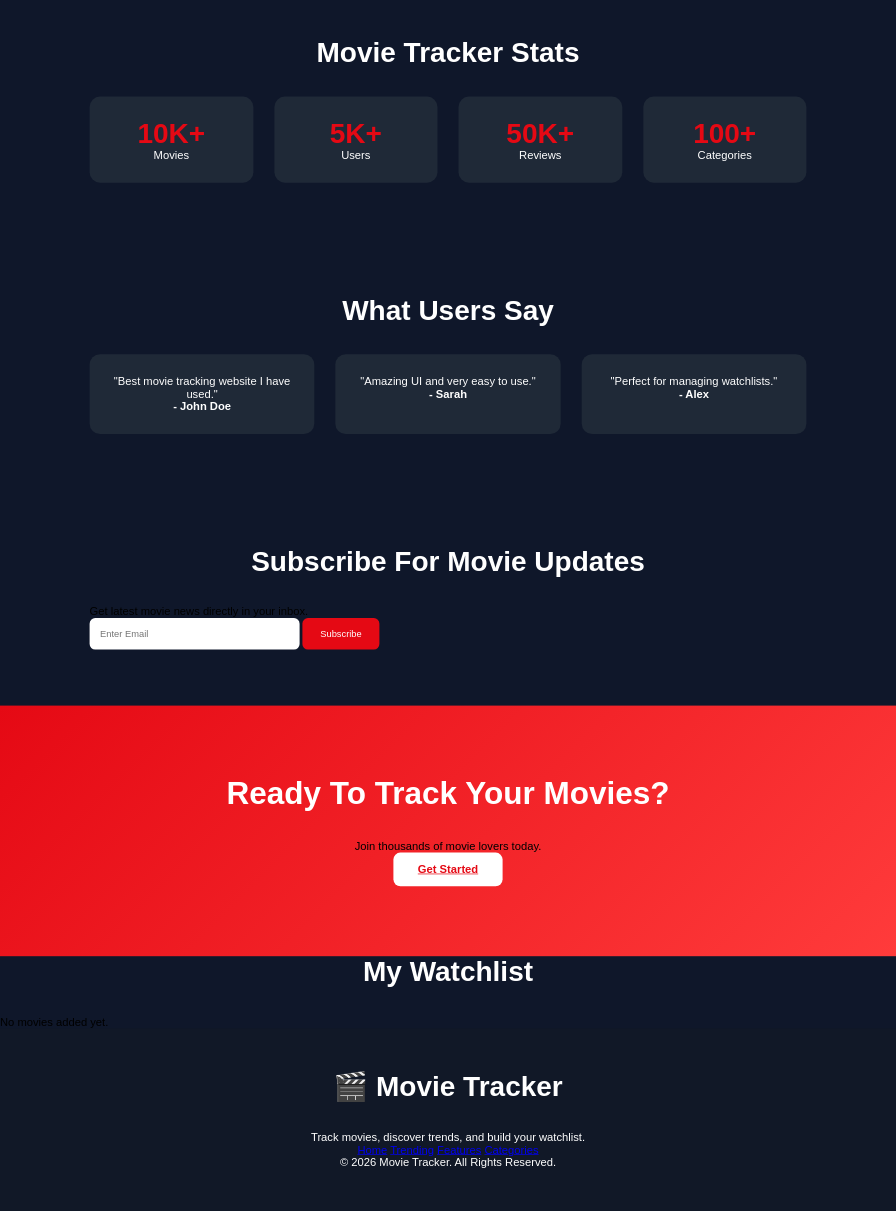
Repository: Dinesh-Codebais/movie-tracker
Page: index.html
These files come from the project's save history. The page is drawn as it stood at one moment and after a run of saves; the edit follows.
The browser window is 1280 px wide. The pictures show the part of the page from y = 3140 to 5060 px (the page is 4870 px tall before and 5060 px after), at 70% of full size.

Above is the page before, as saved 2026-06-18 14:28:34.

### index.html
<!DOCTYPE html>
<html lang="en">
<head>
    <meta charset="UTF-8">
    <meta name="viewport" content="width=device-width, initial-scale=1.0">
    <title>Movie Tracker</title>

    <link rel="stylesheet" href="style.css">

    <!-- Smooth scroll -->
    <style>
        html{
            scroll-behavior: smooth;
        }
    </style>
</head>

<body>

<!-- NAVBAR -->
<nav class="navbar">

    <div class="logo">
        <img src="images/logo.png" alt="MovieTracker Logo">
    </div>

    <ul class="nav-links">

        <li><a href="#home">Home</a></li>
        <li><a href="#trending">Movies</a></li>
        <li><a href="#features">Features</a></li>
        <li><a href="#categories">Categories</a></li>
        <li><a href="#stats">Stats</a></li>
        <li><a href="#contact">Contact</a></li>
        <li><a href="#watchlist">Watchlist (<span id="watchCount">0</span>)</a></li>

    </ul>

</nav>

<!-- HERO -->
<section class="hero" id="home">

    <div class="hero-content">


        <h1>Track Every Movie You Watch</h1>

        <p>
            Discover trending movies, create watchlists,
            and never miss your favorite films again.
        </p>

        <a href="#trending" class="btn">Explore Movies</a>
        <div class="search-box">

    <input type="text" id="searchInput" placeholder="Search movies...">

</div>

    </div>

</section>
<section class="slider-section">

    <h2>Featured Movies</h2>

    <img id="slider-img" src="images/movie1.jpg" alt="Slider">

</section>

<!-- TRENDING -->
<section class="trending" id="trending">

    <h2>Trending Movies</h2>

<div class="movie-grid">

    <div class="movie-card">
    <img src="images/movie1.jpg" alt="Interstellar">
    <h3>Interstellar</h3>
    <p>⭐ 8.7</p>

    <button class="watch-btn">
        Add To Watchlist
    </button>
</div>

        <div class="movie-card">
            <img src="images/movie2.jpg" alt="Oppenheimer">
            <h3>Oppenheimer</h3>
            <p>⭐ 8.5</p>
            <button class="watch-btn">
        Add To Watchlist
    </button>
        </div>

        <div class="movie-card">
            <img src="images/movie3.jpg" alt="Avatar">
            <h3>Avatar</h3>
            <p>⭐ 8.1</p>
            <button class="watch-btn">
        Add To Watchlist
    </button>
        </div>

    </div>

</section>

<!-- FEATURES -->
<section class="features" id="features">

    <h2>Why Use Movie Tracker?</h2>

    <div class="feature-grid">

        <div class="feature-card">
            <h3>🎬 Track Movies</h3>
            <p>Keep track of every movie you watch.</p>
        </div>

        <div class="feature-card">
            <h3>⭐ Rate Movies</h3>
            <p>Give ratings to your favorite movies.</p>
        </div>

        <div class="feature-card">
            <h3>📋 Watchlist</h3>
            <p>Save movies to watch later.</p>
        </div>

        <div class="feature-card">
            <h3>🔥 Trending Alerts</h3>
            <p>Discover the latest trending movies.</p>
        </div>

    </div>

</section>

<!-- CATEGORIES -->
<section class="categories" id="categories">

    <h2>Movie Categories</h2>

    <div class="category-grid">

        <div class="category-card">🎬 Action</div>
        <div class="category-card">🚀 Sci-Fi</div>
        <div class="category-card">😂 Comedy</div>
        <div class="category-card">😱 Horror</div>
        <div class="category-card">❤️ Romance</div>
        <div class="category-card">🕵 Thriller</div>

    </div>

</section>

<!-- STATS -->
<section class="stats" id="stats">

    <h2>Movie Tracker Stats</h2>

    <div class="stats-grid">

        <div class="stat-card">
            <h3>10K+</h3>
            <p>Movies</p>
        </div>

        <div class="stat-card">
            <h3>5K+</h3>
            <p>Users</p>
        </div>

        <div class="stat-card">
            <h3>50K+</h3>
            <p>Reviews</p>
        </div>

        <div class="stat-card">
            <h3>100+</h3>
            <p>Categories</p>
        </div>

    </div>

</section>

<!-- TESTIMONIALS -->
<section class="testimonials">

    <h2>What Users Say</h2>

    <div class="testimonial-grid">

        <div class="testimonial-card">
            <p>"Best movie tracking website I have used."</p>
            <h4>- John Doe</h4>
        </div>

        <div class="testimonial-card">
            <p>"Amazing UI and very easy to use."</p>
            <h4>- Sarah</h4>
        </div>

        <div class="testimonial-card">
            <p>"Perfect for managing watchlists."</p>
            <h4>- Alex</h4>
        </div>

    </div>

</section>

<!-- NEWSLETTER -->
<section class="newsletter">

    <h2>Subscribe For Movie Updates</h2>
    <p>Get latest movie news directly in your inbox.</p>

    <form class="newsletter-form">
        <input type="email" placeholder="Enter Email">
        <button>Subscribe</button>
    </form>

</section>

<!-- CTA -->
<section class="cta">

    <h2>Ready To Track Your Movies?</h2>
    <p>Join thousands of movie lovers today.</p>
    <a href="#home" class="cta-btn">Get Started</a>

</section>

<!-- WATCHLIST -->

<section class="watchlist" id="watchlist">

    <h2>My Watchlist</h2>

    <p>No movies added yet.</p>

</section>

<!-- FOOTER -->
<footer class="footer" id="contact">

    <div class="footer-content">

        <h2>🎬 Movie Tracker</h2>

        <p>Track movies, discover trends, and build your watchlist.</p>

        <div class="footer-links">
            <a href="#home">Home</a>
            <a href="#trending">Trending</a>
            <a href="#features">Features</a>
            <a href="#categories">Categories</a>
        </div>

        <p class="copyright">
            © 2026 Movie Tracker. All Rights Reserved.
        </p>

    </div>

</footer>
<script src="script.js"></script>
</body>
</html>

### style.css
/* RESET */
*{
    margin:0;
    padding:0;
    box-sizing:border-box;
}

/* BODY */
body{
    background:#0f172a;
    font-family:Arial, sans-serif;
}

/* NAVBAR */
.navbar{
    display:flex;
    justify-content:space-between;
    align-items:center;
    padding:20px 8%;
    background:#111827;

    position:sticky;
    top:0;
    z-index:1000;
}

.logo img {
    height:100px;
    width:auto;
    cursor:pointer;
}

/* LINKS */
.nav-links{
    display:flex;
    list-style:none;
    gap:25px;
}

.nav-links a{
    color:white;
    text-decoration:none;
    padding:8px 15px;
    border-radius:8px;
    transition:0.3s;
}

.nav-links a:hover{
    background:#e50914;
    color:white;
}

/* HERO */
.hero{
    height:90vh;
    display:flex;
    justify-content:center;
    align-items:center;
    text-align:center;
    background:
    linear-gradient(rgba(0,0,0,0.6),rgba(0,0,0,0.7)),
    url("https://images.unsplash.com/photo-1489599849927-2ee91cede3ba");
    background-size:cover;
    background-position:center;
}

.hero-content{
    max-width:700px;
    color:white;
}

.hero-content h1{
    font-size:60px;
}

.hero-content p{
    font-size:20px;
    color:#d1d5db;
    margin:20px 0;
}

/* BUTTON */
.btn{
    display:inline-block;
    padding:15px 35px;
    background:#e50914;
    color:white;
    text-decoration:none;
    border-radius:8px;
    transition:0.3s;
}

.btn:hover{
    transform:translateY(-3px);
}

/* SECTIONS */
.trending,
.features,
.categories,
.stats,
.testimonials,
.newsletter{
    padding:80px 10%;
}

/* TITLES */
h2{
    text-align:center;
    color:white;
    font-size:40px;
    margin-bottom:40px;
}

/* GRID SYSTEM */
.movie-grid,
.feature-grid,
.category-grid,
.stats-grid,
.testimonial-grid{
    display:grid;
    gap:30px;
}

/* MOVIE CARDS */
.movie-grid{
    grid-template-columns:repeat(auto-fit,minmax(250px,1fr));
}

.movie-card img{
    width:100%;
    height:350px;
    object-fit:cover;
    display:block;
}

.movie-card h3{
    color:white;
    margin-top:15px;
}

.movie-card p{
    color:#facc15;
    margin:10px 0 20px;
}

.movie-card:hover{
    transform:translateY(-10px) scale(1.03);
}

/* FEATURE */
.feature-grid{
    grid-template-columns:repeat(auto-fit,minmax(250px,1fr));
}

.feature-card,
.category-card,
.stat-card,
.testimonial-card{
    background:#1f2937;
    padding:30px;
    border-radius:15px;
    color:white;
    text-align:center;
    transition:0.3s;
}

/* CATEGORY */
.category-grid{
    grid-template-columns:repeat(auto-fit,minmax(180px,1fr));
}

.category-card:hover{
    background:#e50914;
    transform:scale(1.05);
}

/* STATS */
.stats-grid{
    grid-template-columns:repeat(auto-fit,minmax(200px,1fr));
}

.stat-card h3{
    color:#e50914;
    font-size:40px;
}

/* TESTIMONIAL */
.testimonial-grid{
    grid-template-columns:repeat(auto-fit,minmax(280px,1fr));
}

/* NEWSLETTER */
.newsletter-form input{
    padding:15px;
    width:300px;
    border:none;
    border-radius:8px;
}

.newsletter-form button{
    padding:15px 25px;
    background:#e50914;
    color:white;
    border:none;
    border-radius:8px;
}

/* CTA */
.cta{
    padding:100px 10%;
    text-align:center;
    background:linear-gradient(135deg,#e50914,#ff3b3b);
}

.cta h2{
    color:white;
    font-size:45px;
}

.cta-btn{
    display:inline-block;
    padding:15px 35px;
    background:white;
    color:#e50914;
    border-radius:10px;
    font-weight:bold;
}

/* FOOTER */
.footer{
    background:#111827;
    padding:60px 20px;
    text-align:center;
    color:white;
}

/* RESPONSIVE */
@media(max-width:768px){
    .navbar{
        flex-direction:column;
    }

    .nav-links{
        flex-direction:column;
        margin-top:15px;
    }

    .hero-content h1{
        font-size:35px;
    }
}

/* SMOOTH SCROLL */
html{
    scroll-behavior:smooth;
}
@keyframes fadeUp {
    from{
        opacity: 0;
        transform: translateY(30px);
    }
    to{
        opacity: 1;
        transform: translateY(0);
    }
}
.watch-btn{
    margin-bottom:20px;
    padding:10px 20px;
    border:none;
    border-radius:5px;
    background:#e50914;
    color:white;
    cursor:pointer;
}

.watch-btn:hover{
    opacity:0.8;
}

.slider-section{
    text-align:center;
    padding:60px 10%;
}

#slider-img{
    width:300px;
    height:450px;
    object-fit:cover;
    border-radius:15px;
}

### script.js
console.log("JavaScript Connected");

const searchInput = document.getElementById("searchInput");

searchInput.addEventListener("keyup", function () {

    const searchValue = searchInput.value.toLowerCase();

    const movies = document.querySelectorAll(".movie-card");

    movies.forEach(function(movie) {

        const movieName = movie
            .querySelector("h3")
            .textContent
            .toLowerCase();

        if (movieName.includes(searchValue)) {
            movie.style.display = "";
        } else {
            movie.style.display = "none";
        }

    });

});
let count = 0;

const watchCount = document.getElementById("watchCount");

const buttons = document.querySelectorAll(".watch-btn");

buttons.forEach(function(button){

    button.addEventListener("click", function(){

        count++;

        watchCount.textContent = count;

    });

});

const sliderImage = document.getElementById("slider-img");

const images = [
    "images/movie1.jpg",
    "images/movie2.jpg",
    "images/movie3.jpg"
];

let currentIndex = 0;

setInterval(function(){

    currentIndex++;

    if(currentIndex >= images.length){
        currentIndex = 0;
    }

    sliderImage.src = images[currentIndex];

}, 3000);

After the next 2 saves:
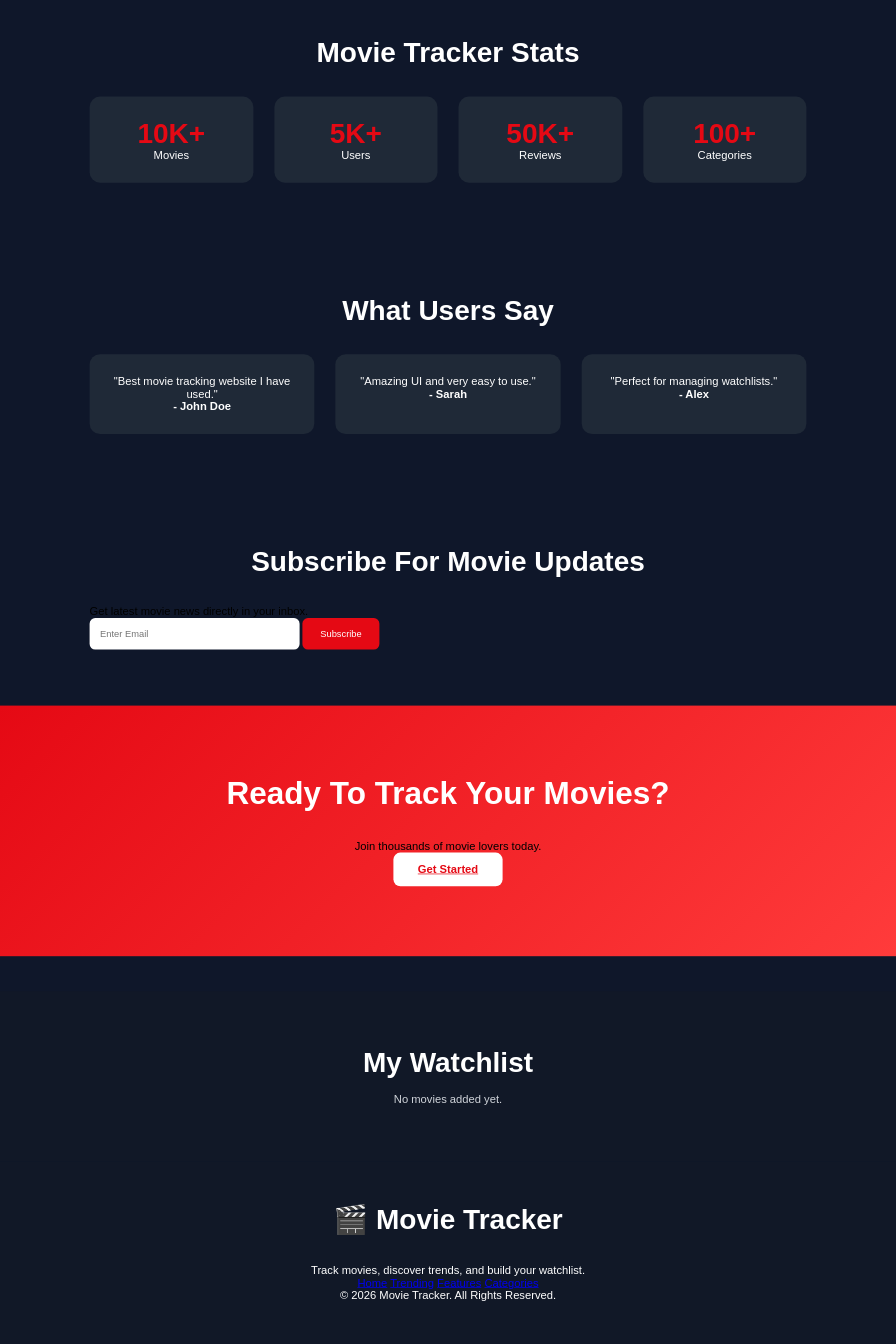
The 2 saves are shown as one change because they came seconds apart.
The last was saved 2 min 54 s later.
--- a/style.css
+++ b/style.css
@@ -290,3 +290,19 @@
     object-fit:cover;
     border-radius:15px;
 }
+.watchlist{
+    padding:80px 10%;
+    margin-top:50px;
+    background:#111827;
+    text-align:center;
+}
+
+.watchlist h2{
+    color:white;
+    font-size:40px;
+    margin-bottom:20px;
+}
+
+.watchlist p{
+    color:#d1d5db;
+}
